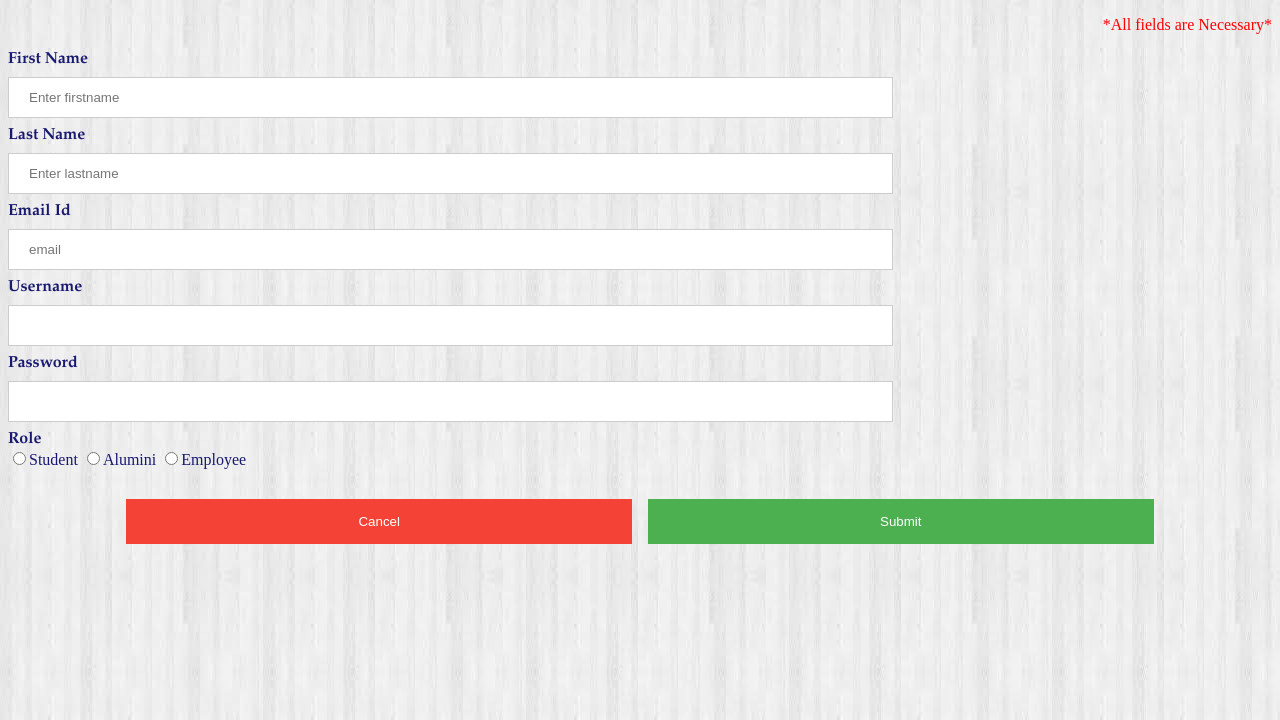
Repository: SwapnilYeldi/Project-2
Page: frontend/WebContent/views/registrationform.html
These files come from the project's save history. The page is drawn as it stood at one moment and after the next save; the edit follows.
The browser window is 1280 px wide. The pictures show the whole page.

Above is the page before, as saved 2017-07-19 07:34:38.

After the next save:
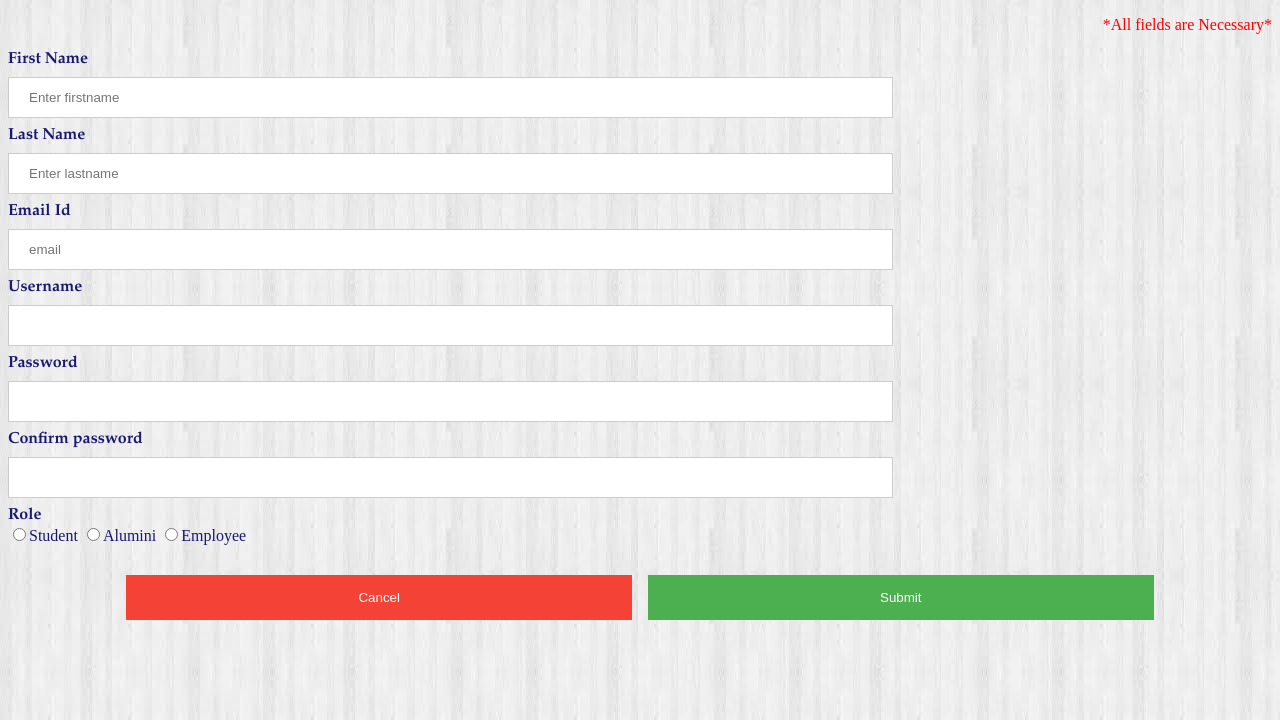
Saved 2 min 2 s later.
--- a/frontend/WebContent/views/registrationform.html
+++ b/frontend/WebContent/views/registrationform.html
@@ -44,7 +44,7 @@ background-color: #4CAF50;
 
 <body background ="images\login.jpg">
 
-<!-- <script type="text/javascript">
+<script type="text/javascript">
 function checkPass()
 {
 	var x=document.getElementById("pass").value;
@@ -64,7 +64,7 @@ function checkPass()
 	}
 
 
-</script> -->
+</script>
 
  <form> <!-- action="user" method="POST" onsubmit="return checkPass()"> -->
 <font color="MIDNIGHTBLUE">
@@ -86,8 +86,8 @@ function checkPass()
 <label><font face="Garamond"><b> Password</b></font></label><br>
 <input type="password" id=pass ng-model="user.password"><br>
 
-<!-- <label><font face="Garamond"><b>Confirm password</b></font></label><br>
-<input type="password" id="cpass" name="confirmpass"><br> -->
+<label><font face="Garamond"><b>Confirm password</b></font></label><br>
+<input type="password" id="cpass" name="confirmpass"><br>
 
 <label><font face="Garamond"><b>Role</b></font></label><br>
 <input type="radio" ng-model="user.role" value="Student">Student
